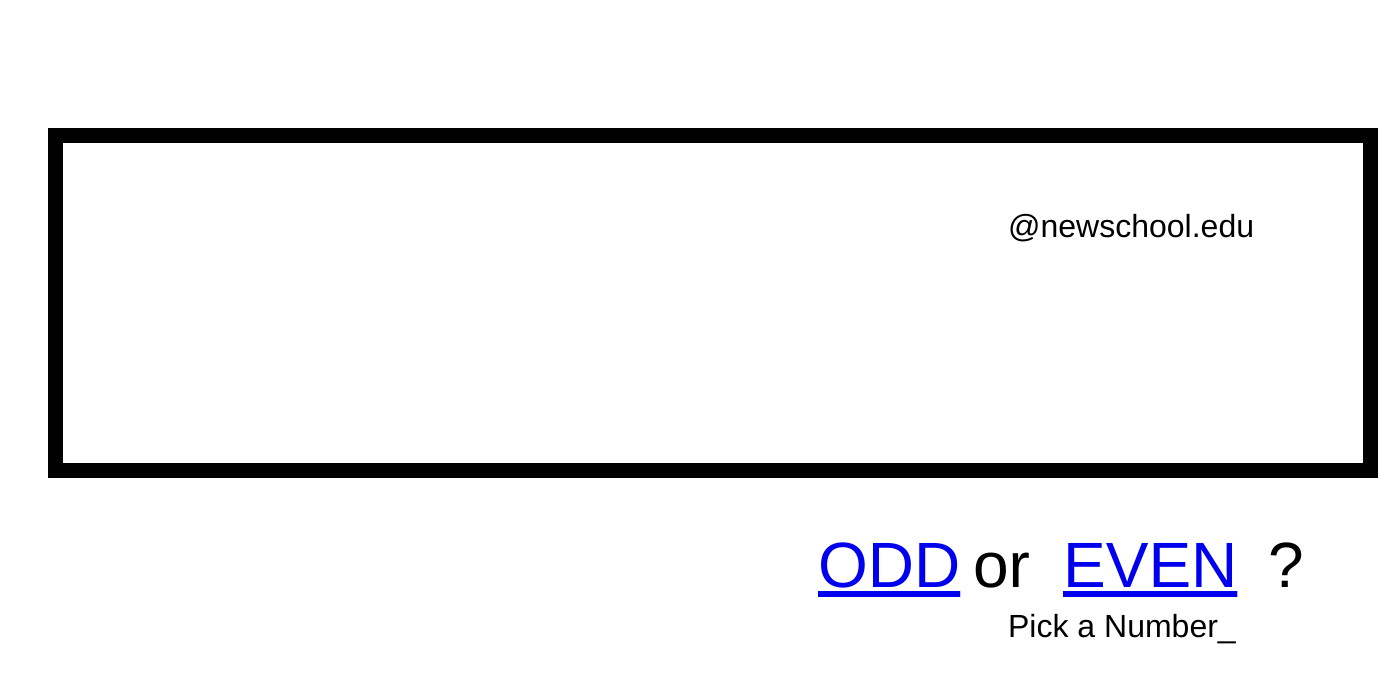
Repository: huanz488/huanz488-github.io
Page: archive/index.html
The author's editor kept a record of every edit. The page is drawn from the files as they stood at one moment, then again after the next edit.
The browser window is 1280 px wide. The page is 1378 px wide, so the pictures cover 1378 px, including what lies to the right of the window. The pictures show the whole page.

Above is the page before.

After the next edit:
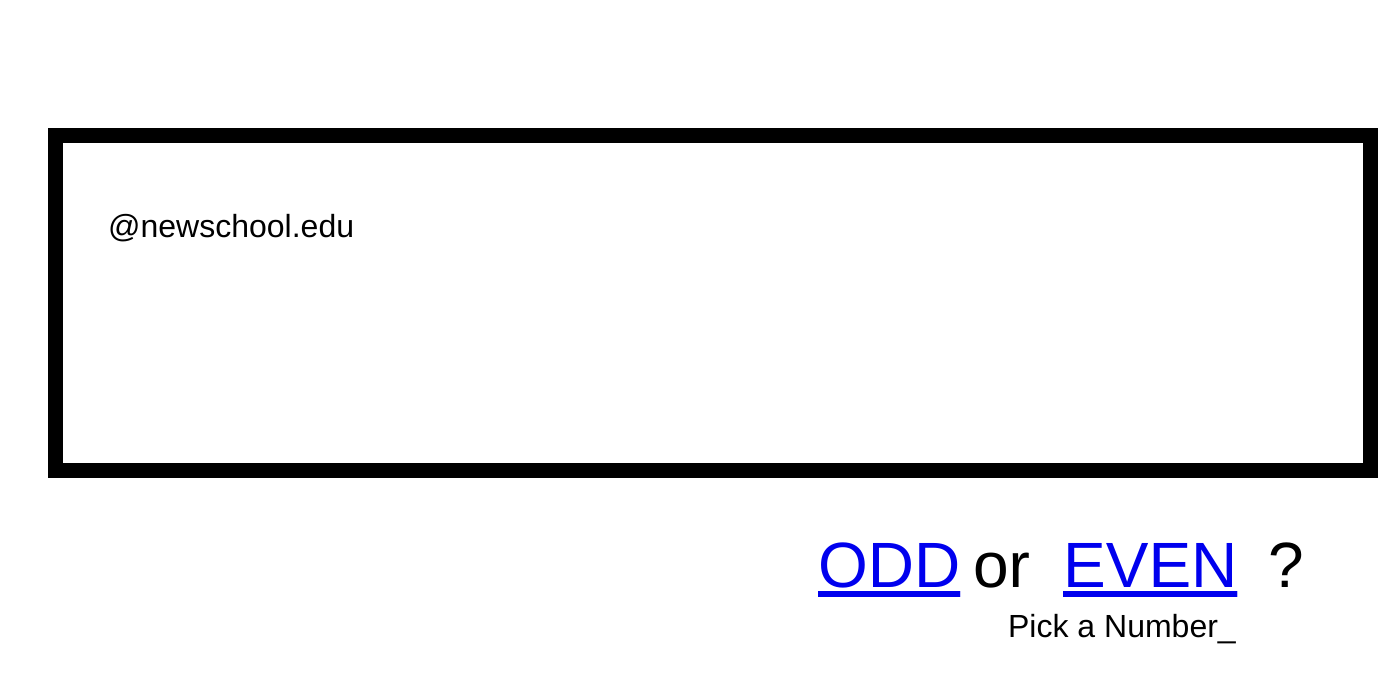
The edit:
--- a/archive/app.css
+++ b/archive/app.css
@@ -15,7 +15,7 @@
 font-family: 'helvetica';
 font-size: 200%;
 position:absolute;
-margin-left: 1000px;
+margin-left: 100px;
 margin-top: 200px;
 text-decoration: none;
 }
